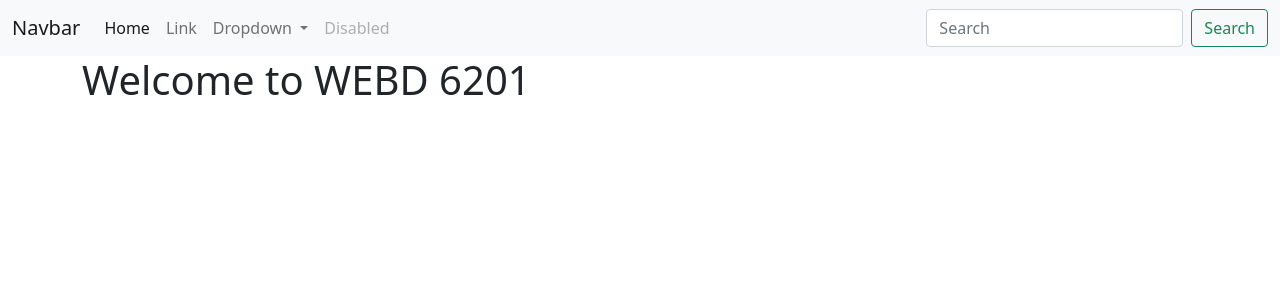
Repository: AshokSasi/WEBD6201-Week3
Page: index.html
These files come from the project's save history. The page is drawn as it stood at one moment and after the next save; the edit follows.
The browser window is 1280 px wide. The pictures show the whole page.

Above is the page before, as saved 2021-01-20 09:06:41.

After the next save:
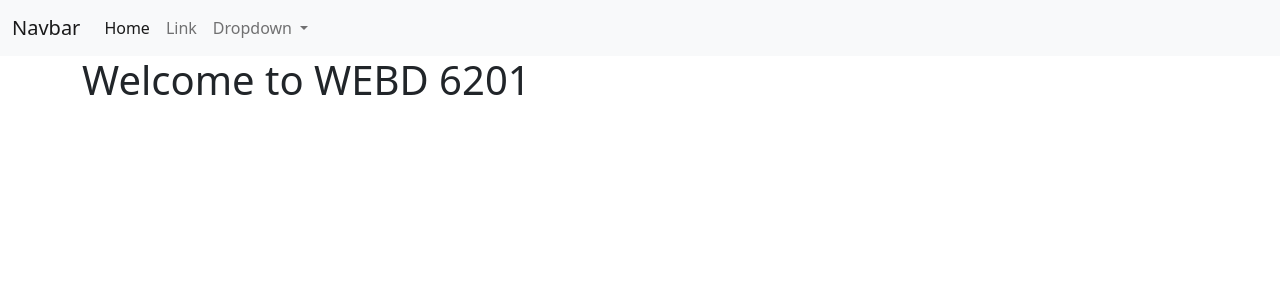
Saved 63 s later.
--- a/index.html
+++ b/index.html
@@ -29,21 +29,10 @@
                     <a class="nav-link dropdown-toggle" href="#" id="navbarDropdown" role="button" data-bs-toggle="dropdown" aria-expanded="false">
                       Dropdown
                     </a>
-                    <ul class="dropdown-menu" aria-labelledby="navbarDropdown">
-                      <li><a class="dropdown-item" href="#">Action</a></li>
-                      <li><a class="dropdown-item" href="#">Another action</a></li>
-                      <li><hr class="dropdown-divider"></li>
-                      <li><a class="dropdown-item" href="#">Something else here</a></li>
-                    </ul>
-                  </li>
-                  <li class="nav-item">
-                    <a class="nav-link disabled" href="#" tabindex="-1" aria-disabled="true">Disabled</a>
+
                   </li>
                 </ul>
-                <form class="d-flex">
-                  <input class="form-control me-2" type="search" placeholder="Search" aria-label="Search">
-                  <button class="btn btn-outline-success" type="submit">Search</button>
-                </form>
+
               </div>
             </div>
           </nav>
